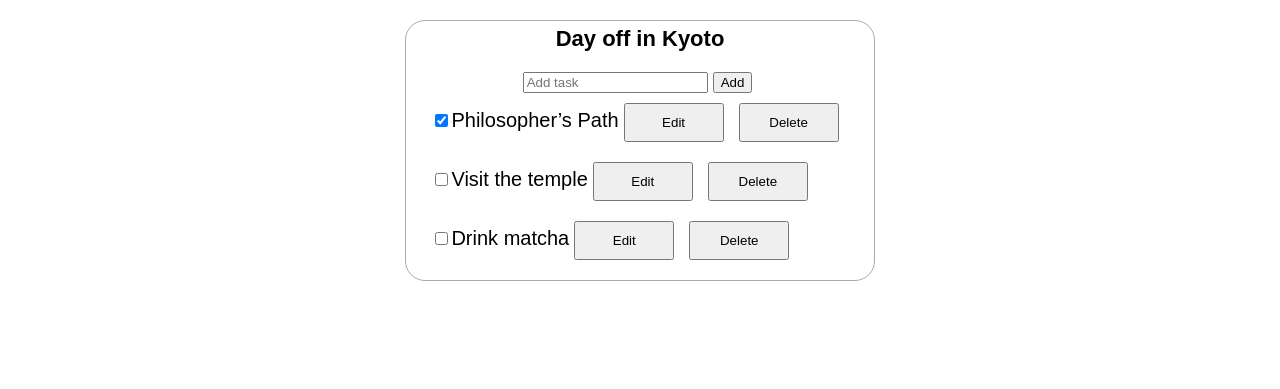
Repository: trider/my-react-app
Page: /
An editor plug-in stored every save of this project. The page is shown before and after the next save, followed by the edit.
The browser window is 1280 px wide. The pictures show the whole page.
The project was rebuilt for these pictures with package versions that can differ from the ones it lists, and the page was loaded fresh each time. Also part of the build but not shown: src/components/basic/Gallery.js, src/components/basic/Profile.js, src/components/utils.js, src/components/basic/Avatar.js, src/components/basic/GridX.js, src/components/time/Clock.js, src/components/time/Time.js, src/components/basic/ListT.js and 64 more. Imported but missing from the stored project, and not drawn on this page: src/components/stateManagement/Accoridion.

Above is the page before, as saved 2024-04-25 16:01:40.

### src/App.js
// import logo from './logo.svg';
import Gallery from './components/basic/Gallery.js';
import Profile from './components/basic/Profile.js';
import Avatar from './components/basic/Avatar.js';
import GridX from './components/basic/GridX.js';
import Time from './components/time/Time.js';
import List from './components/basic/ListT.js';
import ListP from './components/people/people.js';
import Tea from './components/basic/Tea.js';
import MyFancy from './components/fancyText/MyFancy.js';
import Interactive from './components/inveractive/interactive.js';
import State from './components/state/state.js';
import StateManagement from './components/stateManagement/StateManagement.js';

import Card from './components/basic/Card.js';

import './App.css';
import './styles.css';

const props = {
  avatar: {
    size: 100,
    person: {
      name: 'Katsuko Saruhashi',
      imageId: 'YfeOqp2'
    }
  },
  show: {
    default: {
      show:false,
      components:{
        clock: false,
        avatar: false,
        gallery: false,
        grid: false,
        profile: false,
        list: false,
        people: false,
        tea: true,
        fancy: true
      }
    },
    interactive: false,
    state: false,
    stateManagement: true



  }

}

const person = {
  name: 'Gregorio Y. Zara',
  theme: {
    backgroundColor: 'black',
    color: 'pink'
  }
};




let App = () => {
  return (
    <div>

      { props.show.default.show &&
        <div>
          {props.show.default.components.clock && <Card><Time /></Card>}
          {props.show.default.components.profile && <Card><Profile /></Card>}
          {props.show.default.components.grid && <Card><GridX /></Card>}
          {props.show.default.components.person &&
            <Card>
              <div style={person.theme}>
                <h1>{person.name}'s Todos</h1>
                <img
                  className="avatar"
                  src="https://i.imgur.com/7vQD0fPs.jpg"
                  alt="Gregorio Y. Zara"
                />
                <ul>
                  <li>Improve the videophone</li>
                  <li>Prepare aeronautics lectures</li>
                  <li>Work on the alcohol-fuelled engine</li>
                </ul>
              </div>
            </Card>
          }


            {props.show.default.components.avatar &&
              <Card>
                <div className="avatar"><Avatar {...props.avatar} /></div>
              </Card>

            }

            {props.show.default.components.list && <Card><List /></Card>}
            {props.show.default.components.gallery && <Card><Gallery /></Card>}
            {props.show.default.components.people && <Card><ListP /></Card>}
            {props.show.default.components.tea && <Card><Tea /></Card>}
            {props.show.default.components.fancy && <Card><MyFancy /></Card>}



        </div>
      }
      {props.show.interactive && <Interactive />}
      {props.show.state && <State />}
      {props.show.stateManagement && <StateManagement />}



    </div>


  );
}


export default App;

### src/components/stateManagement/StateManagement.js
import Quiz from "./Quiz";
import FeedbackForm from "./FeedBack";
import NameCheck from "./NameCheck";
import Menu from "./Snacks";
import Card from "../basic/Card";
import TravelPlan from "./places/TravelPlan";
import Accordion from "./Accoridion";
import Counter1 from "./Counters/Counters1";
import Counter2 from "./Counters/Counters2";
import Counter3 from "./Counters/Counters3";
import Counter4 from "./Counters/Counters4";
import Scoreboard from "./Counters/Counters5";
import Messenger from "./Contacts/Contacts";
import TaskApp from "./Reducers/TaskApp";
import TaskApp2 from "./Reducers/TaskApp2";
import TaskApp3 from "./Tasks/TaskApp";
import Page from "./Sections/Page";

import './styles.css';
import './Counters/counters.css';
// import './places/places.css';

const props = {
 show: {
  quiz: false,
  feedBack: false,
  nameCheck: false,
  menu: false,
  travelPlan: false,
  accordion:false,
  counter1:false,
  counter2:false,
  counter3:false,
  counter4:false,
  scoreboard:false,
  messenger:false,
  taskApp:false,
  taskApp2:false,
  taskApp3:true,
  page:false


 }
};


const StateManagement = () => {


  return (
    <div>
     {props.show.quiz && <Quiz />}
     {props.show.feedBack && <FeedbackForm />}
     {props.show.nameCheck && <NameCheck />}
     {props.show.menu &&
      <Card>
        <Menu />
      </Card>}
      {props.show.travelPlan && <TravelPlan /> }
      {props.show.accordion &&  <Accordion />}
      {props.show.counter1 && <Counter1 />}
      {props.show.counter2 && <Counter2 />}
      {props.show.counter3 && <Counter3 />}
      {props.show.counter4 && <Counter4 />}
      {props.show.scoreboard && <Scoreboard />}
      {props.show.messenger && <Messenger />}
      {props.show.taskApp && <TaskApp />}
      {props.show.taskApp2 && <TaskApp2 />}
      {props.show.page && <Page />}
      {props.show.taskApp3 &&
        <Card>
          <TaskApp3 />
          </Card>

      }

    </div>
  );
}

export default StateManagement;

### src/components/basic/Card.js
import '../../styles.css';



const Card = ({ children }) => {
 return (
   <div className="card">
     {children}
   </div>
 );
}

export default Card;

### src/styles.css
* {
 box-sizing: border-box;
}

body {
 font-family: sans-serif;
 margin: 20px;
 padding: 0;
}

h1 {
 margin-top: 0;
 font-size: 22px;
}

h2 {
 margin-top: 0;
 font-size: 20px;
}

h3 {
 margin-top: 0;
 font-size: 18px;
}

h4 {
 margin-top: 0;
 font-size: 16px;
}

h5 {
 margin-top: 0;
 font-size: 14px;
}

h6 {
 margin-top: 0;
 font-size: 12px;
}

code {
 font-size: 1.2em;
}

ul {
 padding-inline-start: 20px;
 list-style-type: circle;
}

.card {
 width: fit-content;
 margin: 5px;
 display: block;
 margin-left: auto;
 margin-right: auto;
 padding: 5px;
 font-size: 20px;
 text-align: center;
 border: 1px solid #aaa;
 border-radius: 20px;
 background: #fff;
}
.avatar {
 margin: 20px;
 border-radius: 50%;
}

### src/components/people/people.css
* {
 box-sizing: border-box;
}

body {
 font-family: sans-serif;
 margin: 20px;
 padding: 0;
}

h1 {
 margin-top: 0;
 font-size: 22px;
}

h2 {
 margin-top: 0;
 font-size: 20px;
}

h3 {
 margin-top: 0;
 font-size: 18px;
}

h4 {
 margin-top: 0;
 font-size: 16px;
}

h5 {
 margin-top: 0;
 font-size: 14px;
}

h6 {
 margin-top: 0;
 font-size: 12px;
}

code {
 font-size: 1.2em;
}

ul {
 padding-inline-start: 20px;
}

ul { list-style-type: none; padding: 0px 10px; }
li {
 margin-bottom: 10px;
 display: grid;
 grid-template-columns: auto 1fr;
 gap: 20px;
 align-items: center;
}
img { width: 100px; height: 100px; border-radius: 50%; }

### src/components/fancyText/fancy.css
* {
 box-sizing: border-box;
}

body {
 font-family: sans-serif;
 margin: 20px;
 padding: 0;
}

h1 {
 margin-top: 0;
 font-size: 22px;
}

h2 {
 margin-top: 0;
 font-size: 20px;
}

h3 {
 margin-top: 0;
 font-size: 18px;
}

h4 {
 margin-top: 0;
 font-size: 16px;
}

h5 {
 margin-top: 0;
 font-size: 14px;
}

h6 {
 margin-top: 0;
 font-size: 12px;
}

code {
 font-size: 1.2em;
}

ul {
 padding-inline-start: 20px;
}

.fancy {
 font-family: 'Georgia';
}
.title {
 color: #007AA3;
 text-decoration: underline;
}
.cursive {
 font-style: italic;
}
.small {
 font-size: 10px;
}
.colorbox {
 height: 100px;
 width: 100px;
 margin: 8px;
}

### src/components/inveractive/interactive.css
* {
 box-sizing: border-box;
}

body {
 font-family: sans-serif;
 margin: 20px;
 padding: 0;
}

h1 {
 margin-top: 0;
 font-size: 22px;
}

h2 {
 margin-top: 5px;
 font-size: 20px;
}

h3 {
 margin-top: 0;
 font-size: 18px;
}

h4 {
 margin-top: 0;
 font-size: 16px;
}

h5 {
 margin-top: 0;
 font-size: 14px;
}

h6 {
 margin-top: 0;
 font-size: 12px;
}

code {
 font-size: 1.2em;
}

ul {
 padding-inline-start: 20px;
}

section {
 margin-bottom: 20px;
}

button {
 margin-top: 10px;
 margin-right: 10px;
 margin-bottom: 15px;
}


.Toolbar {
 background: #aaa;
 padding: 5px;
}

### src/components/state/state.css
* {
 box-sizing: border-box;
}

body {
 font-family: sans-serif;
 margin: 20px;
 padding: 0;
}

h1 {
 margin-top: 0;
 font-size: 22px;
}

h2 {
 margin-top: 0;
 font-size: 20px;
}

h3 {
 margin-top: 0;
 font-size: 18px;
}

h4 {
 margin-top: 0;
 font-size: 16px;
}

h5 {
 margin-top: 0;
 font-size: 14px;
}

h6 {
 margin-top: 0;
 font-size: 12px;
}

code {
 font-size: 1.2em;
}

ul {
 padding-inline-start: 20px;
 list-style-type: circle;
}


label, textarea { margin-bottom: 10px; display: block; }

.cardState {
 width:max-content;
 margin: 5px;
 display: block;
 /* margin-left: auto;
 margin-right: auto; */
 padding: 5px;
 font-size: 20px;
 text-align: center;
 border: 1px solid #aaa;
 border-radius: 20px;
 background: #fff;
}

### src/components/stateManagement/Tasks/TaskApp.js
import { useReducer } from 'react';
import AddTask from './AddTask.js';
import TaskList from './TaskList.js';
import './styles.css';

export default function TaskApp3() {
  const [tasks, dispatch] = useReducer(
    tasksReducer,
    initialTasks
  );

  function handleAddTask(text) {
    dispatch({
      type: 'added',
      id: nextId++,
      text: text,
    });
  }

  function handleChangeTask(task) {
    dispatch({
      type: 'changed',
      task: task
    });
  }

  function handleDeleteTask(taskId) {
    dispatch({
      type: 'deleted',
      id: taskId
    });
  }

  return (
    <>
      <h1>Day off in Kyoto</h1>
      <AddTask
        onAddTask={handleAddTask}
      />
      <TaskList
        tasks={tasks}
        onChangeTask={handleChangeTask}
        onDeleteTask={handleDeleteTask}
      />
    </>
  );
}

function tasksReducer(tasks, action) {
  switch (action.type) {
    case 'added': {
      return [...tasks, {
        id: action.id,
        text: action.text,
        done: false
      }];
    }
    case 'changed': {
      return tasks.map(t => {
        if (t.id === action.task.id) {
          return action.task;
        } else {
          return t;
        }
      });
    }
    case 'deleted': {
      return tasks.filter(t => t.id !== action.id);
    }
    default: {
      throw Error('Unknown action: ' + action.type);
    }
  }
}

let nextId = 3;
const initialTasks = [
  { id: 0, text: 'Philosopher’s Path', done: true },
  { id: 1, text: 'Visit the temple', done: false },
  { id: 2, text: 'Drink matcha', done: false }
];

### src/components/stateManagement/styles.css
* {
 box-sizing: border-box;
}

body {
 font-family: sans-serif;
 margin: 20px;
 padding: 0;
}

h1 {
 margin-top: 0;
 font-size: 22px;
}

h2 {
 margin-top: 0;
 font-size: 20px;
}

h3 {
 margin-top: 0;
 font-size: 18px;
}

h4 {
 margin-top: 0;
 font-size: 16px;
}

h5 {
 margin-top: 0;
 font-size: 14px;
}

h6 {
 margin-top: 0;
 font-size: 12px;
}

code {
 font-size: 1.2em;
}

ul {
 padding-inline-start: 20px;
}

h3, p { margin: 5px 0px; }
.panel {
 padding: 10px;
 border: 1px solid #aaa;
}

### src/components/stateManagement/Counters/counters.css
* {
 box-sizing: border-box;
}

body {
 font-family: sans-serif;
 margin: 20px;
 padding: 0;
}

h1 {
 margin-top: 0;
 font-size: 22px;
}

h2 {
 margin-top: 0;
 font-size: 20px;
}

h3 {
 margin-top: 0;
 font-size: 18px;
}

h4 {
 margin-top: 0;
 font-size: 16px;
}

h5 {
 margin-top: 0;
 font-size: 14px;
}

h6 {
 margin-top: 0;
 font-size: 12px;
}

code {
 font-size: 1.2em;
}

ul {
 padding-inline-start: 20px;
}

label {
 display: block;
 clear: both;
}

.counter {
 width: 100px;
 text-align: center;
 border: 1px solid gray;
 border-radius: 4px;
 padding: 20px;
 margin: 0 20px 20px 0;
 float: left;
}

.hover {
 background: #ffffd8;
}

### src/components/stateManagement/places/places.css
* {
 box-sizing: border-box;
}

body {
 font-family: sans-serif;
 margin: 20px;
 padding: 0;
}

h1 {
 margin-top: 0;
 font-size: 22px;
}

h2 {
 margin-top: 0;
 font-size: 20px;
}

h3 {
 margin-top: 0;
 font-size: 18px;
}

h4 {
 margin-top: 0;
 font-size: 16px;
}

h5 {
 margin-top: 0;
 font-size: 14px;
}

h6 {
 margin-top: 0;
 font-size: 12px;
}

code {
 font-size: 1.2em;
}

ul {
 padding-inline-start: 20px;
 text-align: left;
 /* vertical-align: top; */
}

li {
 margin-bottom: 10px;
 /* vertical-align: top; */
}

### src/components/stateManagement/Contacts/contacts.css
* {
 box-sizing: border-box;
}

body {
 font-family: sans-serif;
 margin: 20px;
 padding: 0;
}

h1 {
 margin-top: 0;
 font-size: 22px;
}

h2 {
 margin-top: 0;
 font-size: 20px;
}

h3 {
 margin-top: 0;
 font-size: 18px;
}

h4 {
 margin-top: 0;
 font-size: 16px;
}

h5 {
 margin-top: 0;
 font-size: 14px;
}

h6 {
 margin-top: 0;
 font-size: 12px;
}

code {
 font-size: 1.2em;
}

ul {
 padding-inline-start: 20px;
}

.chat, .contact-list {
 float: left;
 margin-bottom: 20px;
}
ul, li {
 list-style: none;
 margin: 0;
 padding: 0;
}
li button {
 width: 100px;
 padding: 10px;
 margin-right: 10px;
}
textarea {
 height: 150px;
}

### src/components/stateManagement/Tasks/AddTask.js
import { useState } from 'react';

export default function AddTask({ onAddTask }) {
  const [text, setText] = useState('');
  return (
    <>
      <input
        placeholder="Add task"
        value={text}
        onChange={e => setText(e.target.value)}
      />
      <button onClick={() => {
        setText('');
        onAddTask(text);
      }}>Add</button>
    </>
  )
}

### src/components/stateManagement/Tasks/TaskList.js
import { useState } from 'react';

export default function TaskList({
  tasks,
  onChangeTask,
  onDeleteTask
}) {
  return (
    <ul>
      {tasks.map(task => (
        <li key={task.id}>
          <Task
            task={task}
            onChange={onChangeTask}
            onDelete={onDeleteTask}
          />
        </li>
      ))}
    </ul>
  );
}

function Task({ task, onChange, onDelete }) {
  const [isEditing, setIsEditing] = useState(false);
  let taskContent;
  if (isEditing) {
    taskContent = (
      <>
        <input
          value={task.text}
          onChange={e => {
            onChange({
              ...task,
              text: e.target.value
            });
          }} />
        <button onClick={() => setIsEditing(false)}>
          Save
        </button>
      </>
    );
  } else {
    taskContent = (
      <>
        {task.text}
        <button onClick={() => setIsEditing(true)}>
          Edit
        </button>
      </>
    );
  }
  return (
    <label>
      <input
        type="checkbox"
        checked={task.done}
        onChange={e => {
          onChange({
            ...task,
            done: e.target.checked
          });
        }}
      />
      {taskContent}
      <button onClick={() => onDelete(task.id)}>
        Delete
      </button>
    </label>
  );
}

### src/components/stateManagement/Tasks/styles.css
* {
 box-sizing: border-box;
}

body {
 font-family: sans-serif;
 margin: 20px;
 padding: 0;
}

h1 {
 margin-top: 0;
 font-size: 22px;
}

h2 {
 margin-top: 0;
 font-size: 20px;
}

h3 {
 margin-top: 0;
 font-size: 18px;
}

h4 {
 margin-top: 0;
 font-size: 16px;
}

h5 {
 margin-top: 0;
 font-size: 14px;
}

h6 {
 margin-top: 0;
 font-size: 12px;
}

code {
 font-size: 1.2em;
}

ul {
 padding-inline-start: 20px;
}

button { margin: 5px; }
li { list-style-type: none; }
ul, li { margin: 0; padding: 0; }

### src/components/stateManagement/Sections/styles.css
* {
 box-sizing: border-box;
}

body {
 font-family: sans-serif;
 margin: 20px;
 padding: 0;
}

h1 {
 margin-top: 0;
 font-size: 22px;
}

h2 {
 margin-top: 0;
 font-size: 20px;
}

h3 {
 margin-top: 0;
 font-size: 18px;
}

h4 {
 margin-top: 0;
 font-size: 16px;
}

h5 {
 margin-top: 0;
 font-size: 14px;
}

h6 {
 margin-top: 0;
 font-size: 12px;
}

code {
 font-size: 1.2em;
}

ul {
 padding-inline-start: 20px;
}

.section {
 padding: 10px;
 margin: 5px;
 border-radius: 5px;
 border: 1px solid #aaa;
}

.fancy {
 border: 4px dashed pink;
}

Loaded but not shown: public/index.html (common file); src/index.js (common file); src/index.css (common file); src/reportWebVitals.js (common file)

After the next save:
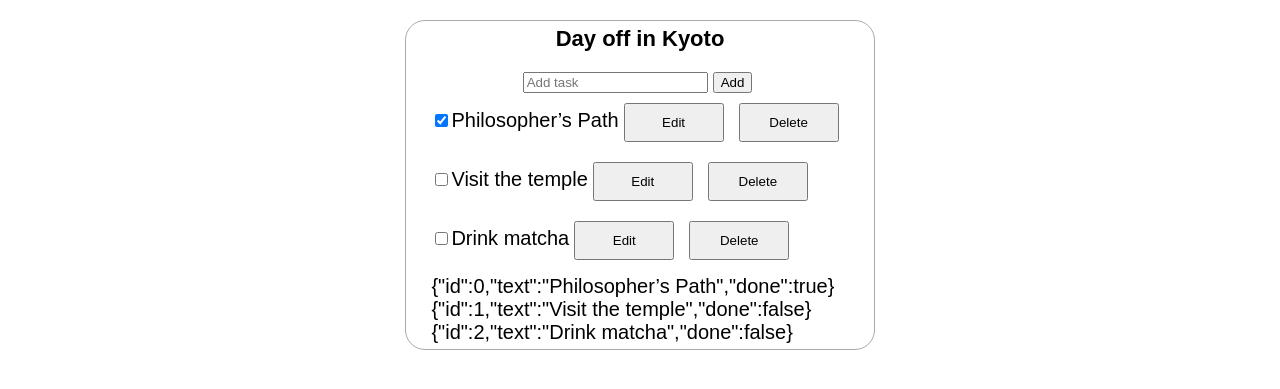
Saved 78 s later.
--- a/src/components/stateManagement/Tasks/TaskApp.js
+++ b/src/components/stateManagement/Tasks/TaskApp.js
@@ -31,6 +31,17 @@ export default function TaskApp3() {
     });
   }
 
+  function list(tasks) {
+    return <ul>
+      {tasks.map((task) => (
+        <li key={task.id}>
+         {JSON.stringify(task)}
+        </li>
+      ))}
+    </ul>
+    ;
+  }
+
   return (
     <>
       <h1>Day off in Kyoto</h1>
@@ -42,6 +53,7 @@ export default function TaskApp3() {
         onChangeTask={handleChangeTask}
         onDeleteTask={handleDeleteTask}
       />
+      {list(tasks)}
     </>
   );
 }
